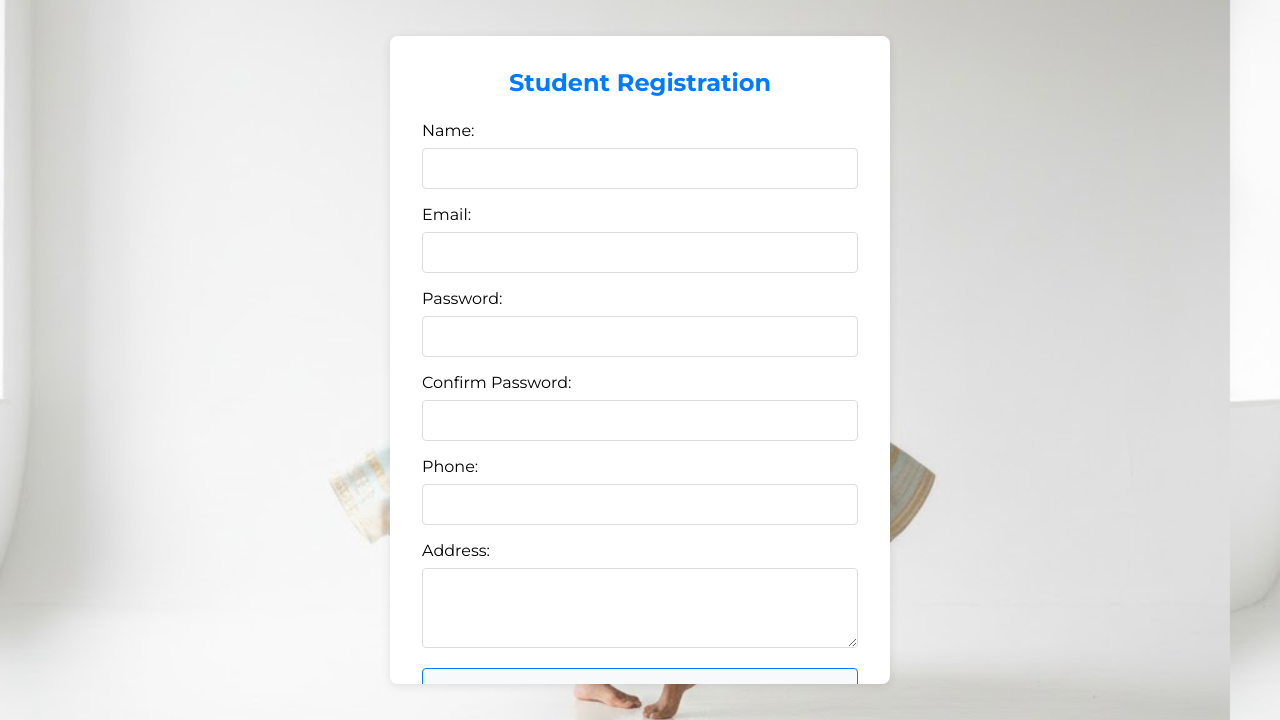
Repository: Priyadharshini-J-CSE/StepSync_Dance_Mangement_System
Page: /user-register (app in frontend/)
The author's editor kept a copy of each file at every save. The page is drawn from the files as they stood at one save, then again after the next save.
The browser window is 1280 px wide. The pictures show the whole page.
An inner scrolling area shows only its first screen. Some web fonts or font styles are not loaded; a fallback is used. Some web libraries are served in a nearby version. The project was rebuilt for these pictures with package versions that can differ from the ones it lists, and the page was loaded fresh each time. Also part of the build but not shown: frontend/src/index.css, frontend/src/pages/LandingPage.js, frontend/src/components/Alert.js, frontend/src/pages/UserLogin.js, frontend/src/pages/AdminLogin.js, frontend/src/pages/AdminRegister.js, frontend/src/pages/ForgotPassword.js, frontend/src/components/Navbar.js and 17 more.

Above is the page before, as saved 2025-12-18 10:48:20.

### frontend/public/index.html
<!DOCTYPE html>
<html lang="en">
  <head>
    <meta charset="utf-8" />
    <meta name="viewport" content="width=device-width, initial-scale=1" />
    <title>Zumba Class Management</title>
    <link rel="preconnect" href="https://fonts.googleapis.com">
    <link rel="preconnect" href="https://fonts.gstatic.com" crossorigin>
    <link href="https://fonts.googleapis.com/css2?family=Alumni+Sans+Pinstripe:ital@0;1&family=Anta&family=Josefin+Sans:ital,wght@0,100..700;1,100..700&family=Metamorphous&family=Montserrat:ital,wght@0,100..900;1,100..900&family=Pangolin&family=Roboto:ital,wght@0,100..900;1,100..900&family=Rubik:ital,wght@0,300..900;1,300..900&display=swap" rel="stylesheet">
    <link rel="stylesheet" href="https://cdnjs.cloudflare.com/ajax/libs/font-awesome/6.5.1/css/all.min.css" crossorigin="anonymous">
    <script src="https://kit.fontawesome.com/a076d05399.js" crossorigin="anonymous"></script>
    <style>
      * { margin: 0; padding: 0; box-sizing: border-box; }
      body { font-family: 'Montserrat', sans-serif; }
    </style>
  </head>
  <body>
    <div id="root"></div>
  </body>
</html>

### frontend/src/App.js
import React from 'react';
import { BrowserRouter as Router, Routes, Route, Navigate } from 'react-router-dom';
import { AuthProvider, useAuth } from './context/AuthContext';
import LandingPage from './pages/LandingPage';
import UserLogin from './pages/UserLogin';
import AdminLogin from './pages/AdminLogin';
import UserRegister from './pages/UserRegister';
import AdminRegister from './pages/AdminRegister';
import ForgotPassword from './pages/ForgotPassword';
import AdminDashboard from './pages/admin/AdminDashboard';
import UserDashboard from './pages/user/UserDashboard';

const ProtectedRoute = ({ children, requiredRole }) => {
  const { user, loading } = useAuth();

  if (loading) return <div>Loading...</div>;
  if (!user) return <Navigate to="/" />;
  if (requiredRole && user.role !== requiredRole) return <Navigate to="/" />;

  return children;
};

function App() {
  return (
    <AuthProvider>
      <Router>
        <div style={{ minHeight: '100vh', backgroundColor: '#fff6e9' }}>
          <Routes>
            <Route path="/" element={<LandingPage />} />
            <Route path="/user-login" element={<UserLogin />} />
            <Route path="/admin-login" element={<AdminLogin />} />
            <Route path="/user-register" element={<UserRegister />} />
            <Route path="/admin-register" element={<AdminRegister />} />
            <Route path="/forgot-password" element={<ForgotPassword />} />
            <Route
              path="/admin/*"
              element={
                <ProtectedRoute requiredRole="admin">
                  <AdminDashboard />
                </ProtectedRoute>
              }
            />
            <Route
              path="/user/*"
              element={
                <ProtectedRoute requiredRole="user">
                  <UserDashboard />
                </ProtectedRoute>
              }
            />
          </Routes>
        </div>
      </Router>
    </AuthProvider>
  );
}

export default App;

### frontend/src/context/AuthContext.js
import React, { createContext, useContext, useState, useEffect } from 'react';
import axios from 'axios';

const AuthContext = createContext();

export const useAuth = () => useContext(AuthContext);

export const AuthProvider = ({ children }) => {
  const [user, setUser] = useState(null);
  const [loading, setLoading] = useState(true);

  useEffect(() => {
    const token = localStorage.getItem('token');
    if (token) {
      axios.defaults.headers.common['Authorization'] = `Bearer ${token}`;
      fetchUser();
    } else {
      setLoading(false);
    }
  }, []);

  const fetchUser = async () => {
    try {
      const response = await axios.get('/api/auth/me');
      setUser(response.data);
    } catch (error) {
      localStorage.removeItem('token');
      delete axios.defaults.headers.common['Authorization'];
    }
    setLoading(false);
  };

  const login = async (email, password) => {
    const response = await axios.post('/api/auth/login', { email, password });
    const { token, user } = response.data;

    localStorage.setItem('token', token);
    axios.defaults.headers.common['Authorization'] = `Bearer ${token}`;
    setUser(user);

    return user;
  };

  const register = async (userData) => {
    const response = await axios.post('/api/auth/register', userData);
    const { token, user } = response.data;

    localStorage.setItem('token', token);
    axios.defaults.headers.common['Authorization'] = `Bearer ${token}`;
    setUser(user);

    return user;
  };

  const logout = () => {
    localStorage.removeItem('token');
    delete axios.defaults.headers.common['Authorization'];
    setUser(null);
  };

  const value = {
    user,
    login,
    register,
    logout,
    loading
  };

  return (
    <AuthContext.Provider value={value}>
      {children}
    </AuthContext.Provider>
  );
};

### frontend/src/pages/UserRegister.js
import React, { useState } from 'react';
import { useNavigate, Link } from 'react-router-dom';
import { useAuth } from '../context/AuthContext';
import { validatePassword } from '../utils/passwordValidation';
import Alert from '../components/Alert';

const UserRegister = () => {
  const [formData, setFormData] = useState({
    name: '',
    email: '',
    password: '',
    confirmPassword: '',
    phone: '',
    address: '',
    acceptTerms: false
  });
  const [alert, setAlert] = useState(null);
  const [loading, setLoading] = useState(false);
  const [passwordValidation, setPasswordValidation] = useState(null);
  const [showTerms, setShowTerms] = useState(false);
  const [hasScrolled, setHasScrolled] = useState(false);
  const { register } = useAuth();
  const navigate = useNavigate();

  const handlePasswordChange = (password) => {
    setFormData({...formData, password});
    setPasswordValidation(validatePassword(password));
  };

  const handleSubmit = async (e) => {
    e.preventDefault();

    if (formData.password !== formData.confirmPassword) {
      setAlert({ message: 'Passwords do not match', type: 'error' });
      return;
    }

    if (!passwordValidation?.isValid) {
      setAlert({ message: 'Password does not meet requirements', type: 'error' });
      return;
    }

    if (!formData.acceptTerms) {
      setAlert({ message: 'Please accept terms and conditions', type: 'error' });
      return;
    }

    setLoading(true);

    try {
      await register({ ...formData, role: 'user' });
      navigate('/user');
    } catch (error) {
      setAlert({ message: error.response?.data?.message || 'Registration failed', type: 'error' });
    }
    setLoading(false);
  };

  return (
    <div style={{
      display: 'flex',
      justifyContent: 'center',
      alignItems: 'center',
      minHeight: '100vh',
      padding: '1rem',
      backgroundImage: 'url(/image.jpg)',
      backgroundSize: 'cover',
      backgroundPosition: 'bottom 30% right 50px',
      backgroundAttachment: 'fixed'
    }}>
      <form onSubmit={handleSubmit} style={{
        backgroundColor: 'white',
        padding: '2rem',
        borderRadius: '8px',
        boxShadow: '0 2px 10px rgba(0,0,0,0.1)',
        width: '500px',
        maxHeight: '90vh',
        overflowY: 'auto'
      }}>
        <h2 style={{ textAlign: 'center', marginBottom: '1.5rem', color: '#007bff' }}>
          Student Registration
        </h2>

        {alert && <Alert message={alert.message} type={alert.type} onClose={() => setAlert(null)} />}

        <div style={{ marginBottom: '1rem' }}>
          <label style={{ display: 'block', marginBottom: '0.5rem' }}>Name:</label>
          <input
            type="text"
            value={formData.name}
            onChange={(e) => setFormData({...formData, name: e.target.value})}
            required
            style={{
              width: '100%',
              padding: '0.75rem',
              border: '1px solid #ddd',
              borderRadius: '4px'
            }}
          />
        </div>

        <div style={{ marginBottom: '1rem' }}>
          <label style={{ display: 'block', marginBottom: '0.5rem' }}>Email:</label>
          <input
            type="email"
            value={formData.email}
            onChange={(e) => setFormData({...formData, email: e.target.value})}
            required
            style={{
              width: '100%',
              padding: '0.75rem',
              border: '1px solid #ddd',
              borderRadius: '4px'
            }}
          />
        </div>

        <div style={{ marginBottom: '1rem' }}>
          <label style={{ display: 'block', marginBottom: '0.5rem' }}>Password:</label>
          <input
            type="password"
            value={formData.password}
            onChange={(e) => handlePasswordChange(e.target.value)}
            required
            style={{
              width: '100%',
              padding: '0.75rem',
              border: '1px solid #ddd',
              borderRadius: '4px'
            }}
          />
          {passwordValidation && (
            <div style={{ marginTop: '0.5rem', fontSize: '0.8rem' }}>
              <div style={{
                color: passwordValidation.strength === 'Strong' ? 'green' :
                       passwordValidation.strength === 'Medium' ? 'orange' : 'red'
              }}>
                Strength: {passwordValidation.strength}
              </div>
            </div>
          )}
        </div>

        <div style={{ marginBottom: '1rem' }}>
          <label style={{ display: 'block', marginBottom: '0.5rem' }}>Confirm Password:</label>
          <input
            type="password"
            value={formData.confirmPassword}
            onChange={(e) => setFormData({...formData, confirmPassword: e.target.value})}
            required
            style={{
              width: '100%',
              padding: '0.75rem',
              border: '1px solid #ddd',
              borderRadius: '4px'
            }}
          />
        </div>

        <div style={{ marginBottom: '1rem' }}>
          <label style={{ display: 'block', marginBottom: '0.5rem' }}>Phone:</label>
          <input
            type="tel"
            value={formData.phone}
            onChange={(e) => setFormData({...formData, phone: e.target.value})}
            style={{
              width: '100%',
              padding: '0.75rem',
              border: '1px solid #ddd',
              borderRadius: '4px'
            }}
          />
        </div>

        <div style={{ marginBottom: '1rem' }}>
          <label style={{ display: 'block', marginBottom: '0.5rem' }}>Address:</label>
          <textarea
            value={formData.address}
            onChange={(e) => setFormData({...formData, address: e.target.value})}
            style={{
              width: '100%',
              padding: '0.75rem',
              border: '1px solid #ddd',
              borderRadius: '4px',
              minHeight: '80px'
            }}
          />
        </div>

        <div style={{ marginBottom: '1.5rem' }}>
          <button
            type="button"
            onClick={() => setShowTerms(true)}
            style={{
              width: '100%',
              padding: '0.75rem',
              backgroundColor: '#f8f9fa',
              color: '#007bff',
              border: '1px solid #007bff',
              borderRadius: '4px',
              cursor: 'pointer',
              marginBottom: '0.5rem'
            }}
          >
            View Terms & Conditions and Privacy Policy
          </button>
          <label style={{ display: 'flex', alignItems: 'center', gap: '0.5rem' }}>
            <input
              type="checkbox"
              checked={formData.acceptTerms}
              onChange={(e) => setFormData({...formData, acceptTerms: e.target.checked})}
              required
              disabled={!hasScrolled}
            />
            I accept the Terms and Conditions and Privacy Policy
            {!hasScrolled && <span style={{ color: 'red', fontSize: '0.8rem' }}>(Read first)</span>}
          </label>
        </div>

        {showTerms && (
          <div className="modal-overlay" onClick={() => setShowTerms(false)}>
            <div className="modal-content" onClick={(e) => e.stopPropagation()} style={{ maxWidth: '600px' }}>
              <h3 style={{ marginTop: 0 }}>Terms & Conditions and Privacy Policy</h3>
              <div
                onScroll={(e) => {
                  const bottom = e.target.scrollHeight - e.target.scrollTop === e.target.clientHeight;
                  if (bottom) setHasScrolled(true);
                }}
                style={{
                  maxHeight: '400px',
                  overflowY: 'auto',
                  padding: '1rem',
                  backgroundColor: '#f8f9fa',
                  borderRadius: '8px',
                  marginBottom: '1rem'
                }}
              >
                <h4>Terms and Conditions</h4>
                <p>Welcome to DanceHub. By registering, you agree to the following terms:</p>
                <ol>
                  <li>You must provide accurate and complete information during registration.</li>
                  <li>You are responsible for maintaining the confidentiality of your account.</li>
                  <li>You must be at least 18 years old to register.</li>
                  <li>Payment for classes must be made in advance.</li>
                  <li>Refunds are subject to our refund policy.</li>
                  <li>You agree to attend classes on time and follow instructor guidelines.</li>
                  <li>We reserve the right to cancel classes due to unforeseen circumstances.</li>
                  <li>You agree not to share class materials without permission.</li>
                </ol>

                <h4>Privacy Policy</h4>
                <p>We value your privacy and are committed to protecting your personal information:</p>
                <ol>
                  <li>We collect personal information including name, email, phone, and address.</li>
                  <li>Your information is used solely for class management and communication.</li>
                  <li>We do not sell or share your personal information with third parties.</li>
                  <li>Payment information is processed securely through encrypted channels.</li>
                  <li>You have the right to access, modify, or delete your personal data.</li>
                  <li>We use cookies to improve your experience on our platform.</li>
                  <li>Your attendance and payment records are stored securely.</li>
                  <li>We may send you notifications about classes and updates.</li>
                </ol>

                <p style={{ fontWeight: 'bold', marginTop: '1rem' }}>
                  Please scroll to the bottom to enable the acceptance checkbox.
                </p>
              </div>
              <button
                onClick={() => setShowTerms(false)}
                style={{
                  width: '100%',
                  padding: '0.75rem',
                  backgroundColor: '#007bff',
                  color: 'white',
                  border: 'none',
                  borderRadius: '4px',
                  cursor: 'pointer'
                }}
              >
                Close
              </button>
            </div>
          </div>
        )}

        <button
          type="submit"
          disabled={loading}
          style={{
            width: '100%',
            padding: '0.75rem',
            backgroundColor: '#007bff',
            color: 'white',
            border: 'none',
            borderRadius: '4px',
            cursor: 'pointer',
            fontSize: '16px'
          }}
        >
          {loading ? 'Registering...' : 'Register'}
        </button>

        <div style={{ textAlign: 'center', marginTop: '1rem' }}>
          <p>Already have an account? <Link to="/user-login">Login here</Link></p>
          <p><Link to="/">Back to Home</Link></p>
        </div>
      </form>
    </div>
  );
};

export default UserRegister;

### frontend/src/utils/passwordValidation.js
export const validatePassword = (password) => {
  const minLength = password.length >= 8;
  const hasUpperCase = /[A-Z]/.test(password);
  const hasLowerCase = /[a-z]/.test(password);
  const hasNumbers = /\d/.test(password);
  const hasSpecialChar = /[!@#$%^&*(),.?":{}|<>]/.test(password);

  const score = [minLength, hasUpperCase, hasLowerCase, hasNumbers, hasSpecialChar].filter(Boolean).length;

  let strength = 'Weak';
  if (score >= 4) strength = 'Strong';
  else if (score >= 3) strength = 'Medium';

  return {
    isValid: score >= 3,
    strength,
    requirements: {
      minLength,
      hasUpperCase,
      hasLowerCase,
      hasNumbers,
      hasSpecialChar
    }
  };
};

Loaded but not shown: frontend/src/index.js (common file)

After the next save:
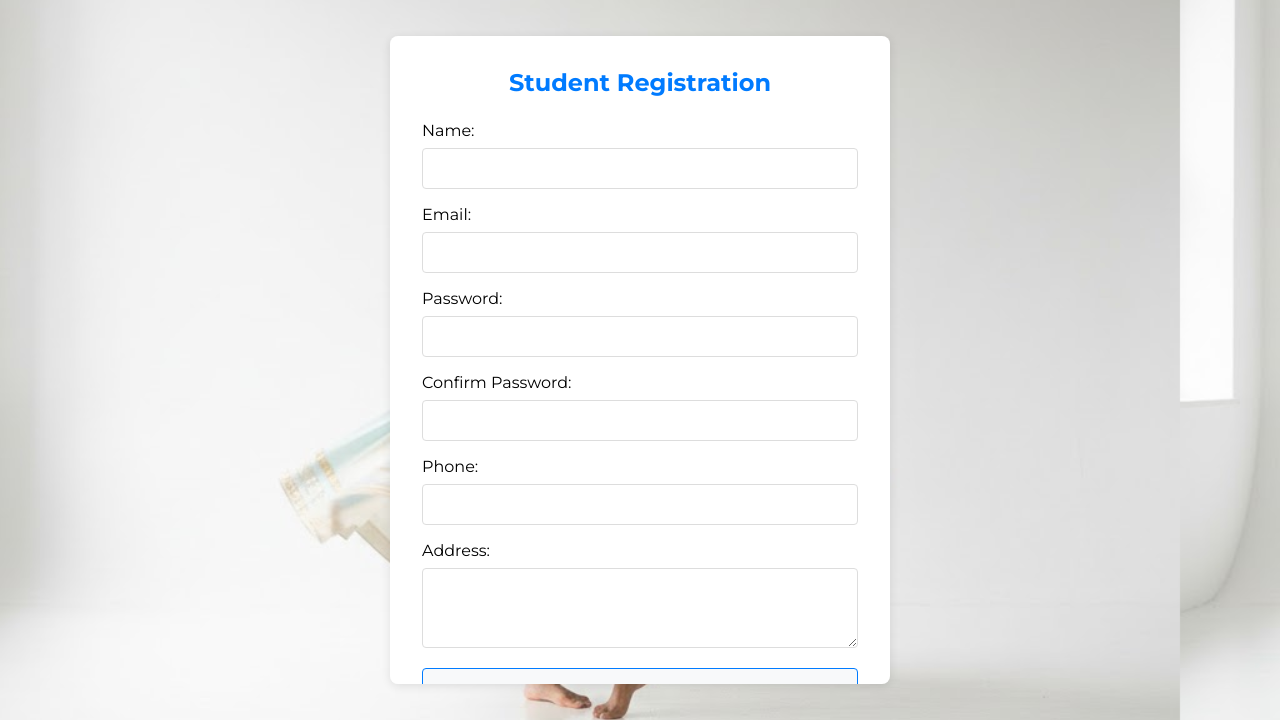
Saved 8 s later.
--- a/frontend/src/pages/UserRegister.js
+++ b/frontend/src/pages/UserRegister.js
@@ -65,7 +65,7 @@ const UserRegister = () => {
       padding: '1rem',
       backgroundImage: 'url(/image.jpg)',
       backgroundSize: 'cover',
-      backgroundPosition: 'bottom 30% right 50px',
+      backgroundPosition: 'bottom 30% right 100px',
       backgroundAttachment: 'fixed'
     }}>
       <form onSubmit={handleSubmit} style={{
